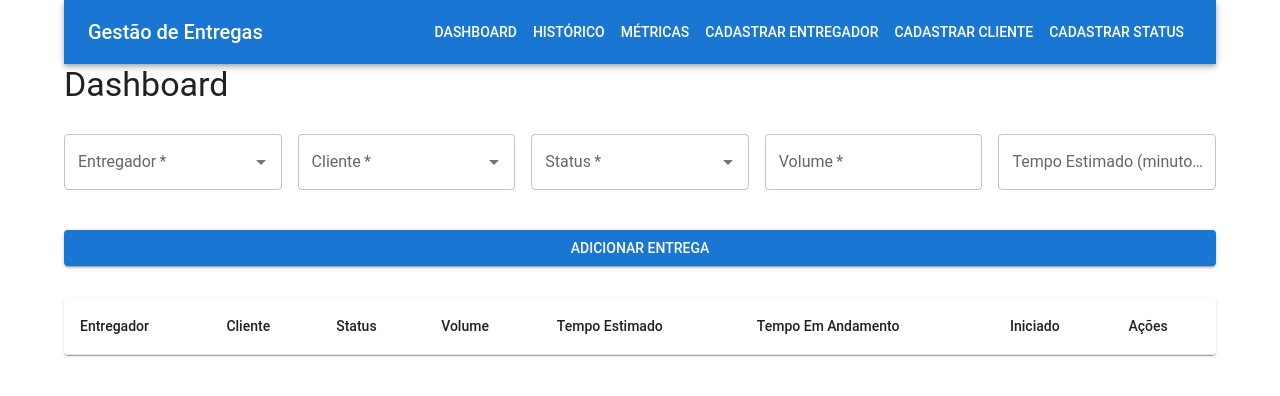
Repository: feliperanon/mobilegestao
Page: /dashboard (app in frontend/)
The author's editor kept a copy of each file at every save. The page is drawn from the files as they stood at one save, then again after the next save.
The browser window is 1280 px wide. The pictures show the whole page.
The page's requests for data from a server got no answer. The project was rebuilt for these pictures with package versions that can differ from the ones it lists, and the page was loaded fresh each time. No one was signed in, and anything a server would have sent is missing. Also part of the build but not shown: frontend/webpack.config.js, frontend/src/pages/Home.js, frontend/src/pages/History.js, frontend/src/pages/Analysis.js, frontend/src/components/Login.js, frontend/src/components/Register.js, frontend/src/components/AddEntregador.js, frontend/src/components/AddCliente.js and 2 more.

Above is the page before, as saved 2024-07-20 20:14:17.

After the next save:
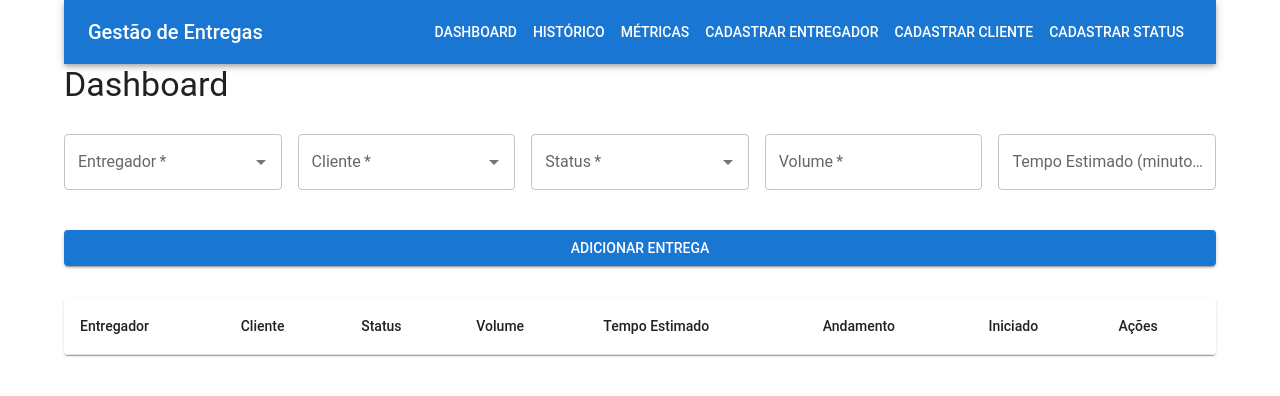
Saved 4 min 45 s later.
--- a/frontend/src/components/Dashboard.js
+++ b/frontend/src/components/Dashboard.js
@@ -226,7 +226,7 @@ const Dashboard = () => {
               <TableCell>Status</TableCell>
               <TableCell>Volume</TableCell>
               <TableCell>Tempo Estimado</TableCell>
-              <TableCell>Tempo Em Andamento</TableCell>
+              <TableCell>Andamento</TableCell>
               <TableCell>Iniciado</TableCell>
               <TableCell>Ações</TableCell>
             </TableRow>
